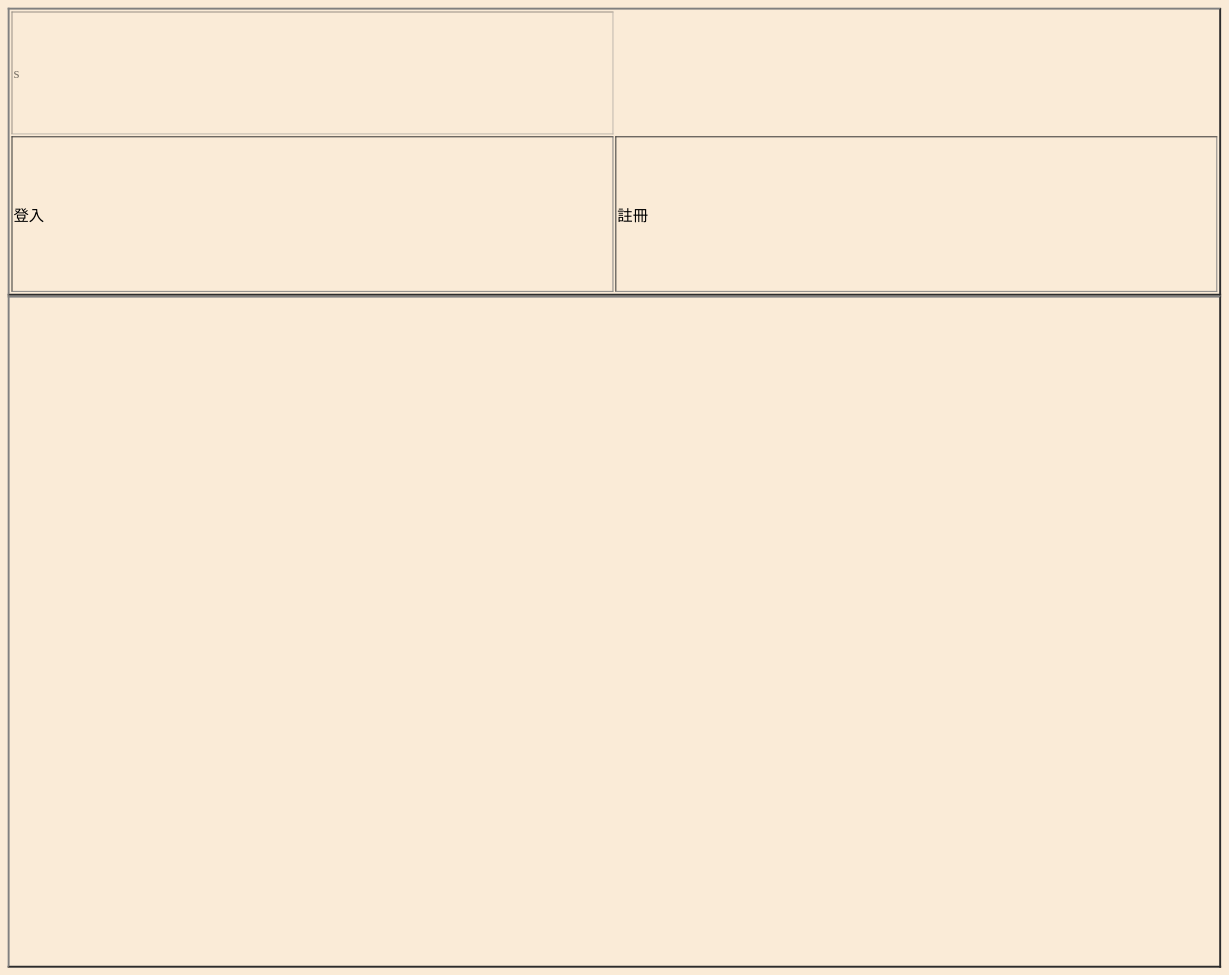
Repository: DAXMZB/Project
Page: http://localhost/SP2/
An editor plug-in stored every save of this project. The page is shown before and after the next save, followed by the edit.
The browser window is 1280 px wide. The pictures show the whole page, at 96% of full size.
The page is served by Tomcat 9. Other server files are loaded and not shown.

Above is the page before, as saved 2026-02-04 12:26:44.

### SP2/src/main/webapp/index.jsp
<%@ page language="java" contentType="text/html; charset=UTF-8"
	pageEncoding="UTF-8"%>
<!DOCTYPE html>
<html>
<head>
<meta charset="UTF-8">
<title>Insert title here</title>
<script src="https://code.jquery.com/jquery-3.7.1.min.js"></script>
</head>
<body bgcolor="#faebd7">
	<table width="100%" border="2" align="center" height=300>
		<tr style="opacity: 0.5;" colspan=2>
			<td >s</td>
		</tr>
		<tr>
			<td>登入</td>
			<td>註冊</td>
		</tr>
	</table>
	<table width="100%" border="2" height=700>
		<tr></tr>
	</table>
</body>
</html>

After the next save:
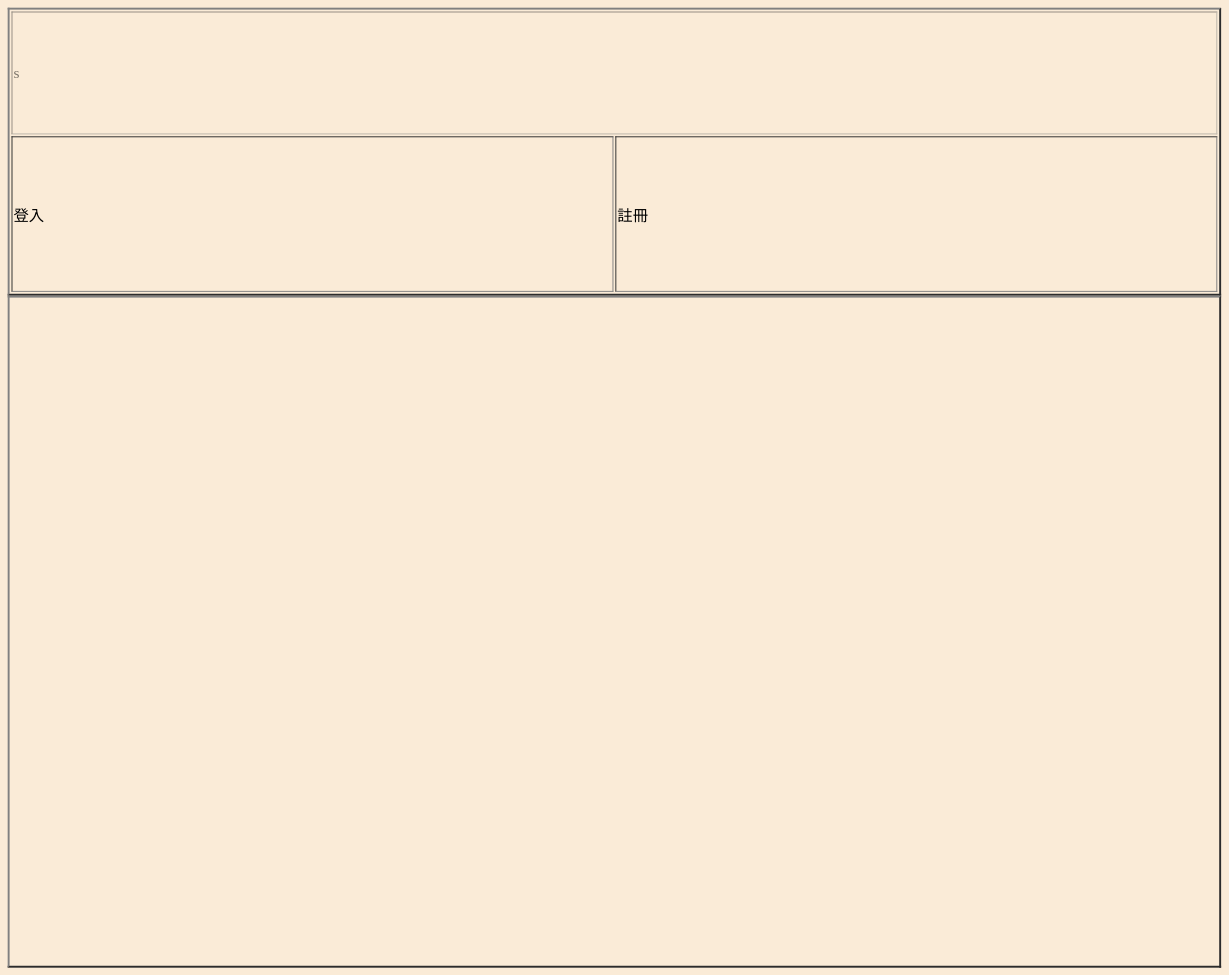
Saved 11 s later.
--- a/SP2/src/main/webapp/index.jsp
+++ b/SP2/src/main/webapp/index.jsp
@@ -9,8 +9,8 @@
 </head>
 <body bgcolor="#faebd7">
 	<table width="100%" border="2" align="center" height=300>
-		<tr style="opacity: 0.5;" colspan=2>
-			<td >s</td>
+		<tr style="opacity: 0.5;">
+			<td colspan=2>s</td>
 		</tr>
 		<tr>
 			<td>登入</td>
